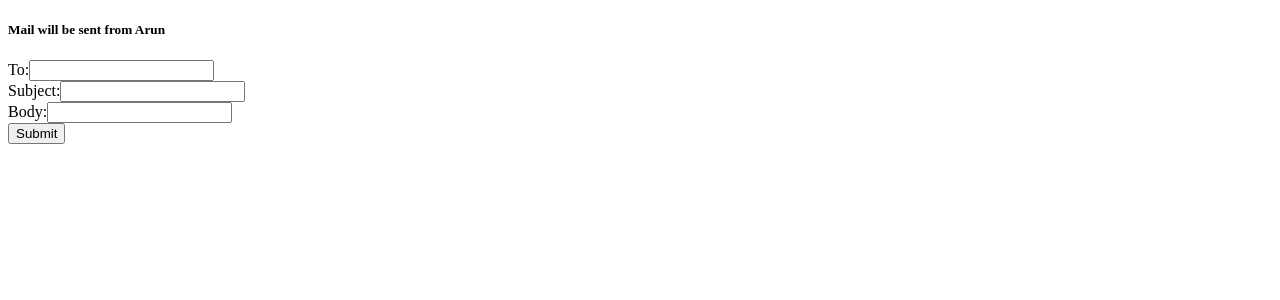
Repository: gotoarun/Sample
Page: http://localhost/Demo/
An editor plug-in stored every save of this project. The page is shown before and after the next save, followed by the edit.
The browser window is 1280 px wide. The pictures show the whole page.
The page is served by Tomcat 9. Other server files are loaded and not shown.

Above is the page before, as saved 2014-04-23 05:59:34.

### Demo/war/mail.jsp
<%@ page language="java" contentType="text/html; charset=ISO-8859-1"
    pageEncoding="ISO-8859-1"%>
<!DOCTYPE html PUBLIC "-//W3C//DTD HTML 4.01 Transitional//EN" "http://www.w3.org/TR/html4/loose.dtd">
<html>
<head>
<meta http-equiv="Content-Type" content="text/html; charset=ISO-8859-1">
<title>Mail Service</title>
</head>

<body>
<form  action="login" name="form1" method="post">
<h5>Mail will be sent from Arun<mailid:arun14v> </h5>
To:<input type="text" name="tomail" ><br>
Subject:<input type="text" name="sub"><br>
Body:<input type="text" name="body"><br>
<input type="submit" value="Submit">
</form>
</body>
</html>

After the next save:
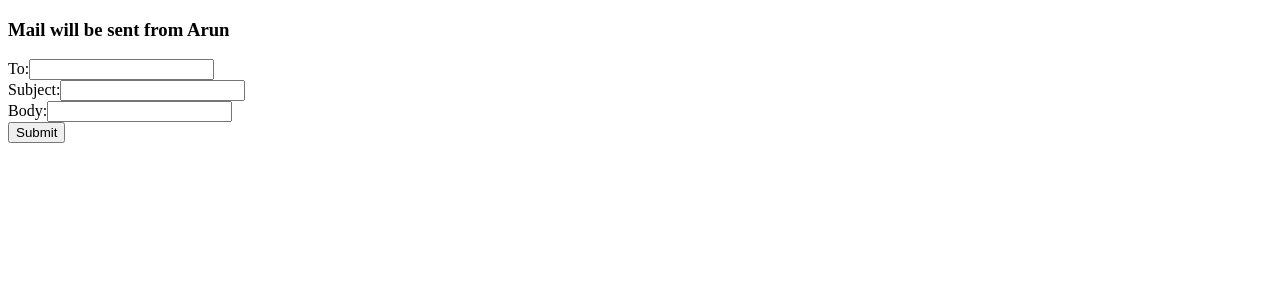
Saved 94 s later.
--- a/Demo/war/mail.jsp
+++ b/Demo/war/mail.jsp
@@ -9,7 +9,7 @@
 
 <body>
 <form  action="login" name="form1" method="post">
-<h5>Mail will be sent from Arun<mailid:arun14v> </h5>
+<h3>Mail will be sent from Arun<mailid:arun14v> </h3>
 To:<input type="text" name="tomail" ><br>
 Subject:<input type="text" name="sub"><br>
 Body:<input type="text" name="body"><br>
